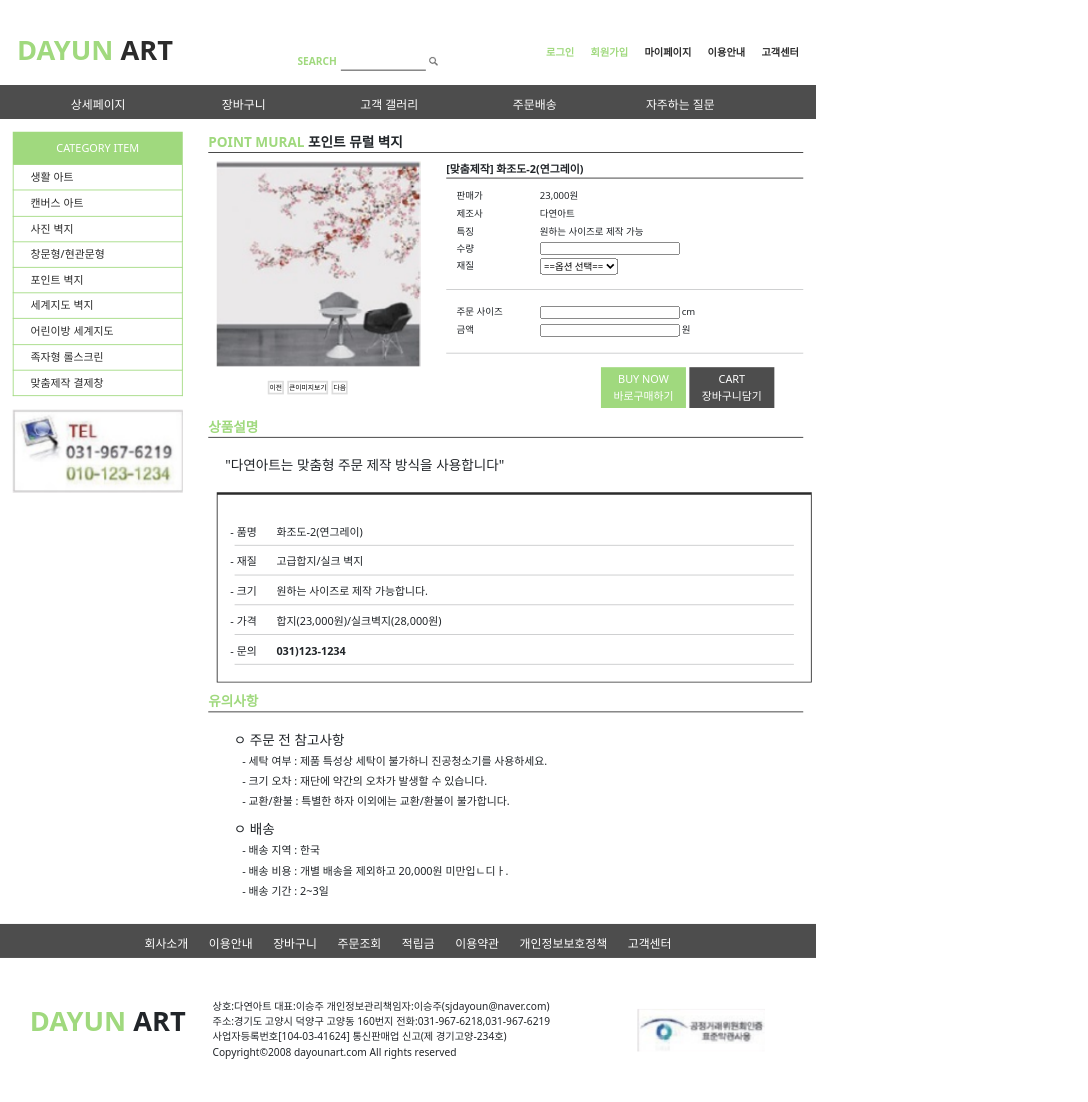
Repository: yeonddu/green_js
Page: pro01/public/bootstrap/product.html
These files come from the project's save history. The page is drawn as it stood at one moment and after the next save; the edit follows.
The browser window is 1280 px wide. The pictures show the whole page, at 85% of full size.

Above is the page before, as saved 2022-12-27 08:00:13.

### pro01/public/bootstrap/product.html
<!DOCTYPE html>
<html lang="ko">
<head>
<meta charset="utf-8">
<meta name="viewport" content="width=device-width, initial-scale=1">
<link rel="stylesheet" href="dayun.css">
<link rel="stylesheet" href="product.css">
<link href="https://cdn.jsdelivr.net/npm/bootstrap@5.2.3/dist/css/bootstrap.min.css" rel="stylesheet">

<title>Insert title here</title>

</head>
<body>
 <header>
	 <div id="top">
	 	 	<div class="logo"><a href="#"><span class="brand">DAYUN</span> ART</a></div>
			<div id="search">
				<div id="search-title">SEARCH</div>
				<input id="search-input" type="search">
				<a href="#"><img src="images/glass.png"></a>
			</div>
			<div id="top-menu">
				<ul>
					<li><a class="brand" href="#">로그인</a></li>
					<li><a class="brand" href="#">회원가입</a></li>
					<li><a href="#">마이페이지</a></li>
					<li><a href="#">이용안내</a></li>
					<li><a href="#">고객센터</a></li>
				</ul>
			</div>
		 </div>
	 <div id="main-menu">
	 	<ul>
	 		<li><a href="#">상세페이지</a></li>
	 		<li><a href="#">장바구니</a></li>
	 		<li><a href="#">고객 갤러리</a></li>
	 		<li><a href="#">주문배송</a></li>
	 		<li><a href="#">자주하는 질문</a></li>
	 	</ul>
	 </div>
</header>
<section>
	<div id="cont-left">
		<div id="cate">
			<div id="cate-title">CATEGORY ITEM</div>
			<ul>
			<li><a href="#">생활 아트</a></li>
			<li><a href="#">캔버스 아트</a></li>
			<li><a href="#">사진 벽지</a></li>
			<li><a href="#">창문형/현관문형</a></li>
			<li><a href="#">포인트 벽지</a></li>
			<li><a href="#">세계지도 벽지</a></li>
			<li><a href="#">어린이방 세계지도</a></li>
			<li><a href="#">족자형 롤스크린</a></li>
			<li><a href="#">맞춤제작 결제창</a></li>
			</ul>
		</div>

		<div id="tel">
			<img src="images/tel.png" alt="tel">
		</div>
	</div>
	<div id="cont-right">
		<div id="product">
			<div id="box1" >
				<div class="product-title"><span class="brand">POINT MURAL</span> 포인트 뮤럴 벽지</div>
				<div id="box1-left">
					<img src="images/product.png">
					<div id="img-btn">
						<button>이전</button>
						<button>큰이미지보기</button>
						<button>다음</button>
					</div>
				</div>
				<div id="box1-right">
					<div  class="product-title">[맞춤제작] 화조도-2(연그레이)</div>
					<table>
						<tr>
							<td>판매가</td>
							<td>23,000원</td>
						</tr>
						<tr>
							<td>제조사</td>
							<td>다연아트</td>
						</tr>
						<tr>
							<td>특징</td>
							<td>원하는 사이즈로 제작 가능</td>
						</tr>
						<tr>
							<td>수량</td>
							<td><input type="text"></td>
						</tr>
						<tr>
							<td>재질</td>
							<td><select>
								<option selected>==옵션 선택==</option>
								<option>옵션 1</option>
								<option>옵션 2</option>
								<option>옵션 3</option>
							</select></td>
						</tr>
					</table>
					<hr>
					<table>
						<tr>
							<td>주문 사이즈</td>
							<td><input type="text">cm</td>
						</tr>
						<tr>
							<td>금액</td>
							<td><input type="text">원</td>
						</tr>
					</table>
					<hr>
					<div id="box1-btn1"><a href="#">BUY NOW<br>바로구매하기</a></div>
					<div id="box1-btn2"><a href="#">CART<br>장바구니담기</a></div>

				</div>
			</div>
			<div id="box2" >
				<div class="product-title"><span class="brand">상품설명</span></div>
				<div>
					<div id="box2-title">"다연아트는 맞춤형 주문 제작 방식을 사용합니다"</div>
					<div id="box2-content">
						<p>- 품명</p>
						<p>화조도-2(연그레이)</p>
						<hr>
						<p>- 재질</p>
						<p>고급합지/실크 벽지</p>
						<hr>
						<p>- 크기</p>
						<p>원하는 사이즈로 제작 가능합니다.</p>
						<hr>
						<p>- 가격</p>
						<p>합지(23,000원)/실크벽지(28,000원)</p>
						<hr>
						<p>- 문의</p>
						<p><b>031)123-1234</b></p>
						<hr>
					</div>
<!-- 					<table>
						<tr>
							<td></td>
						</tr>
						<tr>
							<td>- 품명</td>
							<td>화조도-2(연그레이)</td>
						</tr>
						<tr>
							<td>- 재질</td>
							<td>고급합지/실크 벽지</td>
						</tr>
						<tr>
							<td>- 크기</td>
							<td>원하는 사이즈로 제작 가능합니다.</td>
						</tr>
						<tr>
							<td>- 가격</td>
							<td>합지(23,000원)/실크벽지(28,000원)</td>
						</tr>
						<tr>
							<td>- 문의</td>
							<td><b>031)123-1234</b></td>
						</tr>
						<tr>
							<td></td>
						</tr>
					</table>
 -->				</div>
			</div>
			<div id="box3" >
				<div class="product-title"><span class="brand">유의사항</span></div>
				<div id="box3-content">
					<div>ㅇ 주문 전 참고사항</div>
						<p>- 세탁 여부 : 제품 특성상 세탁이 불가하니 진공청소기를 사용하세요.</p>
						<p>- 크기 오차 : 재단에 약간의 오차가 발생할 수 있습니다.</p>
						<p>- 교환/환불 : 특별한 하자 이외에는 교환/환불이 불가합니다.</p>
					<div>ㅇ 배송</div>
						<p>- 배송 지역 : 한국</p>
						<p>- 배송 비용 : 개별 배송을 제외하고 20,000원 미만입ㄴ디ㅏ.</p>
						<p>- 배송 기간 : 2~3일</p>
				</div>
			</div>
		</div>
	</div>
		<div id="bottom-menu">
	 	<ul>
	 		<li><a href="#">회사소개</a></li>
	 		<li><a href="#">이용안내</a></li>
	 		<li><a href="#">장바구니</a></li>
	 		<li><a href="#">주문조회</a></li>
	 		<li><a href="#">적립금</a></li>
	 		<li><a href="#">이용약관</a></li>
	 		<li><a href="#">개인정보보호정책</a></li>
	 		<li><a href="#">고객센터</a></li>
	 	</ul>
	 </div>
</section>
<footer>
	<div class="logo"><span class="brand">DAYUN</span> ART</div>
	<div id="item2">상호:다연아트 대표:이승주 개인정보관리책임자:이승주(sjdayoun@naver.com)<br>
		주소:경기도 고양시 덕양구 고양동 160번지 전화:031-967-6218,031-967-6219<br>
		사업자등록번호[104-03-41624] 통신판매업 신고(제 경기고양-234호)<br>
		Copyright©2008 dayounart.com All rights reserved
	</div>
	<img src="images/certi.png" alt="공정거래위원회인증표준약관사용">
</footer>
</body>
</html>

### pro01/public/bootstrap/dayun.css
@charset "EUC-KR";

* {
	margin:0;
	padding:0;
}

body {
	background:#F0F0F0;
	width:960px;
}
.brand {
	color:#A0D97E;
}

header a {
	text-decoration:none;
	color:#2B2B2B;
}
header #top {
	height:100px;
	position:relative;
}
header .logo {
	font-size:2em;
	position:relative;
	top:35px;
	left:20px;
	font-weight:bold;
}

header #search {
	position:relative;
	top:10px;
	left:350px;
	display:block;
	float:left;
	color:#A0D97E;
}

header #search-title {
	display:inline-block;
	font-size:12px;
	font-weight:bold;
}

header #search-input {
	border:none;
	border-bottom:1px solid #2B2B2B;
	background:none;
	width:100px;
}

header #top-menu {
	position:relative;
	float:right;
	margin: 0 10px;
}
header #top-menu ul li{
	display:inline-block;
	font-size:12px;
	margin-right:5px;
	padding:5px;
	font-weight:bold;
}

header #main-menu {
	height:40px;
	background:#4D4D4D;
	justify-content:center;
}

header #main-menu ul li {
	list-style:none;
	display:inline-block;
	width:18%;
	padding:10px;
	text-align:center;

}
header #main-menu a {
	color:white;
	font-size:14px;
}

section #bottom-menu {
	position:relative;
	clear:both;
	height:40px;
	background:#4D4D4D;

}

#bottom-menu ul {
	padding:10px;
	text-align:center;
}

section #bottom-menu ul li {
	display:inline-block;
	list-style:none;

}
section #bottom-menu a {
	color:white;
	text-decoration:none;
	font-size:14px;
	padding:10px;
}

footer .logo {
	font-size:2em;
	position:relative;
	top:50px;
	left:35px;
	font-weight:bold;
}

footer #item2 {
	position:relative;
	top:0px;
	left:250px;
	font-size:12px;
}

footer img {
	position:relative;
	left:750px;
	top:-60px;
	width:150px;
}

### pro01/public/bootstrap/product.css
@charset "EUC-KR";

section #cont-left {
	float:left;
	margin:10px;
	padding:5px;
}

section #cate #cate-title {
	background:#A0D97E;
	color:white;
	width:200px;
	margin:0;
	padding:10px 5px;
}

section #cate-title {
	text-align:center;
	font-size:0.8em;
}

section #cate ul {
	padding:0;
}
section #cate li {
	border :1px solid #A0D97E;
	border-top:none;
	list-style:none;
	width:200px;
	padding:5px 5px 5px 20px;
	font-size:0.8em;
}

section #cate a {
	text-decoration:none;
	color:#2B2B2B;
}

section #tel img {
	width:200px;
}
section #cont-right {
	float:left;
	margin:10px;
	padding:5px;
}

section #product {
	width:700px;

}
section .product-title {
	font-weight:bold;
	border-bottom: 1px solid #2B2B2B;
}

#box1-left {
	float:left;
	margin:10px;
}

#box1-left img {
	width:240px;
}
#box1-left #img-btn {
	position:relative;
	left:50px;
	margin:10px;
}

#box1-left button {
	background:white;
	border:2px solid #ddd;
	font-size:0.5em;
}

#box1-right {
	float:left;
	margin:10px 0 10px 20px;
	width:420px;
}

#box1-right .product-title {
	font-size:0.8em;
}
#box1-right table {
	margin:10px;
	font-size:0.7em;
}

#box1-right table td:first-child {
	width:100px;
	padding:2px;
}

#box1-right table input {
	height:15px;
	margin-right:2px;
}

#box1 #box1-btn1, #box1-btn2 {
	width:100px;
	padding:5px;
	margin:0 2px;
	float:left;
	font-size:0.8em;
	position:relative;
	left:180px;
	text-align:center;

}
#box1 #box1-btn1 a , #box1-btn2 a {
	color:white;
	text-decoration:none;
}
#box1 #box1-btn1 {
	background:#A0D97E;
}
#box1 #box1-btn2 {
	background:#A0D97E;
	background:#4D4D4D;
}

#box2 {
	clear:both;
}

#box2 #box2-title {
	margin:20px;
}

#box2 #box2-content {
	border:1px solid #2B2B2B;
	border-top:3px solid #2B2B2B;
	margin:10px;
	width:700px;
	padding:30px 15px 15px 15px;

}

#box2 #box2-content p {
	display:inline-block;
	margin:0;
	font-size:0.8em;
}
#box2 #box2-content p:nth-child(3n+1) {
	width:50px;
}

#box2 #box2-content hr {
	margin:5px;
}


#box3 #box3-content {
	margin:20px;

}

#box3 #box3-content div {
	margin:10px;
}

#box3 #box3-content p {
	text-indent:20px;
	line-height:0.6;
	font-size:0.8em;
}

section #bottom-menu {
	position:relative;
	clear:both;
	height:40px;
	background:#4D4D4D;

}

After the next save:
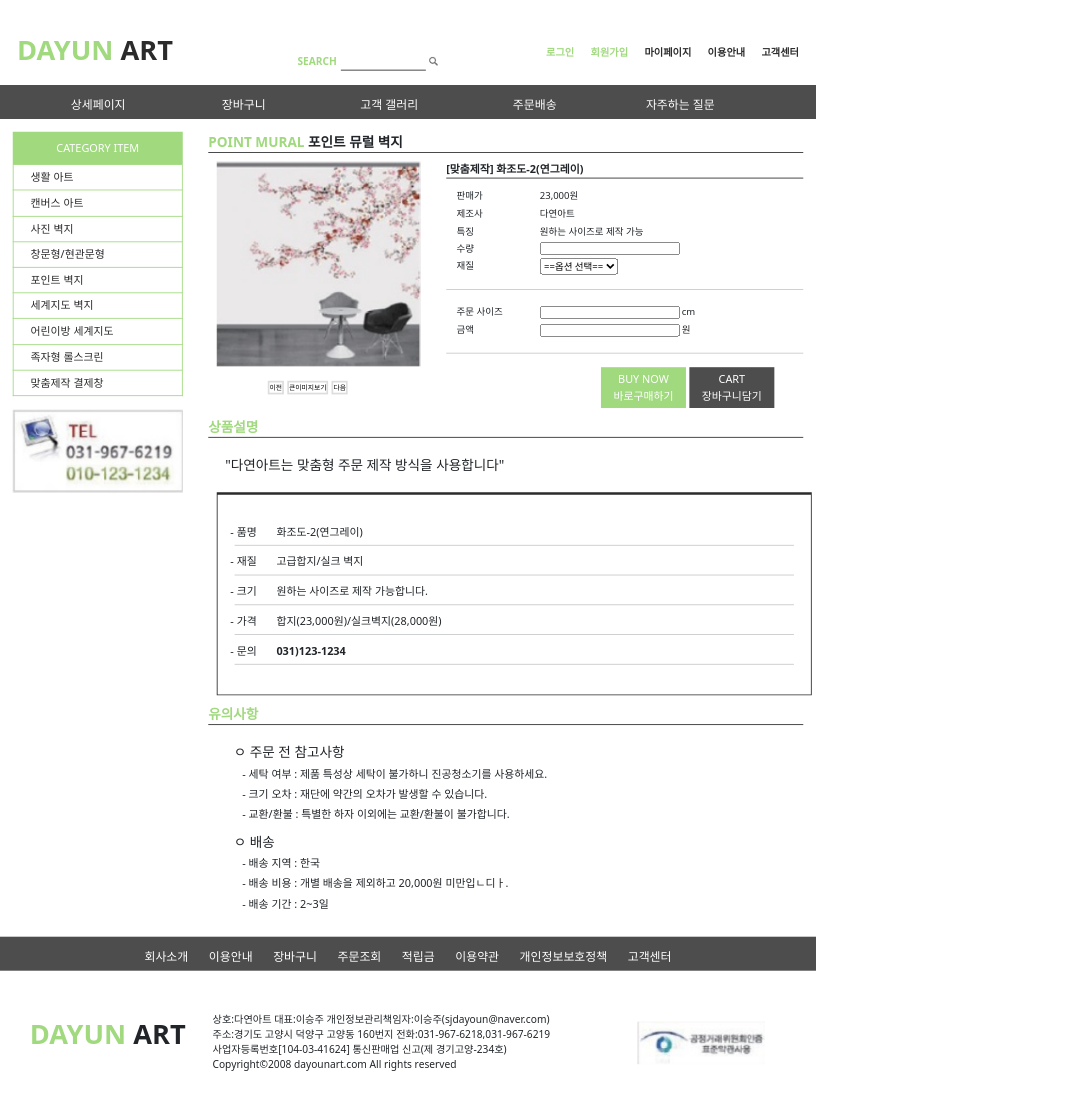
Saved 16 s later.
--- a/pro01/public/bootstrap/product.css
+++ b/pro01/public/bootstrap/product.css
@@ -134,7 +134,7 @@
 	border-top:3px solid #2B2B2B;
 	margin:10px;
 	width:700px;
-	padding:30px 15px 15px 15px;
+	padding:30px 15px 30px 15px;
 
 }
 

After the save that followed:
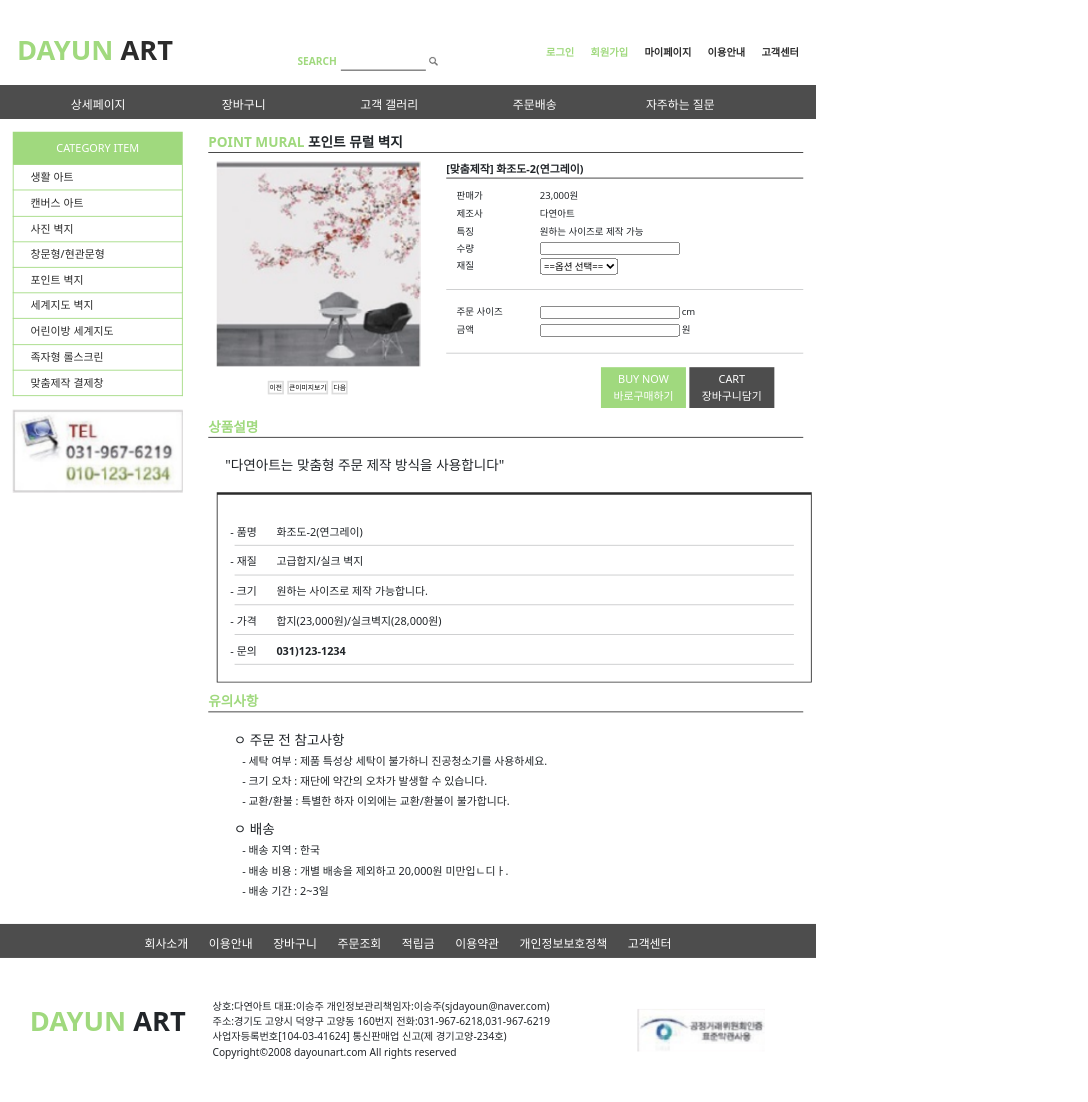
Saved 4 s later.
--- a/pro01/public/bootstrap/product.css
+++ b/pro01/public/bootstrap/product.css
@@ -134,7 +134,7 @@
 	border-top:3px solid #2B2B2B;
 	margin:10px;
 	width:700px;
-	padding:30px 15px 30px 15px;
+	padding:30px 15px 15px 15px;
 
 }
 
